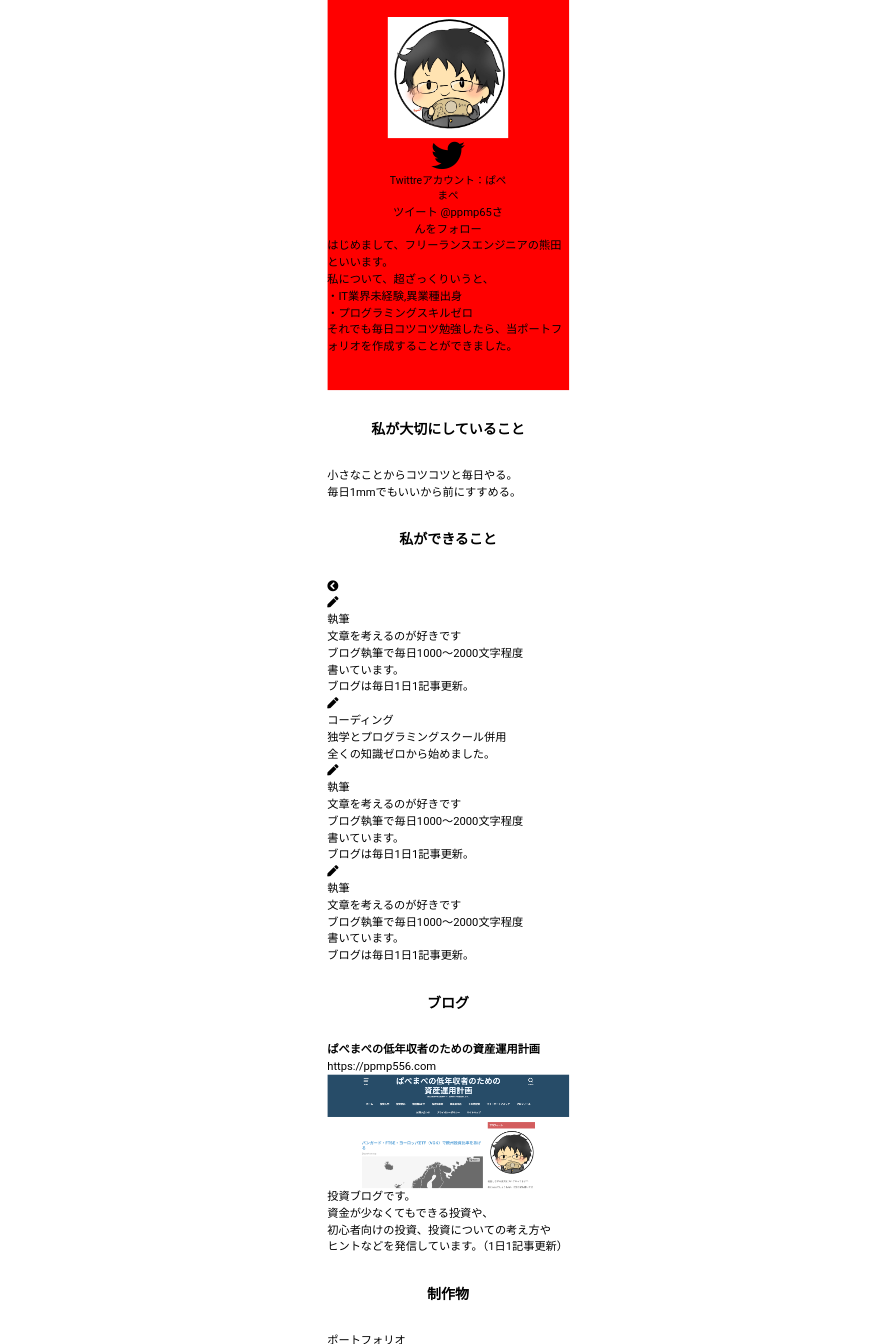
Repository: ppmp556/portfolio6
Page: index copy.html
These files come from the project's save history. The page is drawn as it stood at one moment and after the next save; the edit follows.
The browser window is 1280 px wide. The pictures show the part of the page from y = 855 to 2775 px (the page is 2951 px tall before and 2930 px after), at 70% of full size.
Some web libraries are served in a nearby version. The style sheet was rebuilt from its Sass, Less or Tailwind sources for each picture, by a compiler version that may differ from the author's.

Above is the page before, as saved 2020-10-11 19:56:33.
Console error: TypeError: Cannot read properties of null (reading 'addEventListener')

### index copy.html
<!DOCTYPE html>
<html ja>
  <head>
    <meta charset="utf-8" />
    <meta
      name="viewport"
      content="width=device-width, initial-scale=1.0, maximum-scale=1.0, minimum-scale=1.0"
    />
    <title>ポートフォリオ</title>
    <link rel="stylesheet" href="/css/faundation.css" />
    <link rel="stylesheet" href="/css/dist/main.css" />
    <link
      href="https://use.fontawesome.com/releases/v5.6.1/css/all.css"
      rel="stylesheet"
    />
    <script src="https://ajax.googleapis.com/ajax/libs/jquery/3.4.1/jquery.min.js"></script>
  </head>

  <body>
    <div class="container">

      <div class="kv" id="kv">
        <div class="kv_container">
          <img src="/images/3566338_s.jpg" alt="" class="kv_img">
          <!-- <img src="/images/3566338_s.jpg" alt="" class="kv_img"> -->
          <!-- <img src="/images/3566338_s.jpg" alt="" class="kv_img"> -->
          <!-- <img src="/images/3566338_s.jpg" alt="" class="kv_img"> -->
          <p class="kv_animetype">
            ポートフォリオ<span class="anime_line">|</span>
          </p>
        </div><!-- /.kv_container -->
        <!-- /.kv_animetype -->
      </div>
      <!-- /#kv.kv -->

      <header class="header" id="top">
        <div class="header_inner flex">
          <h1 class="header_ttl"><a href="index.html">My Portfolio</a></h1>
          <!-- /.header_ttl -->

          <nav class="nav">
            <!-- ハンバーガーメニュー部分 -->

            <div class="nav_ham" id="nav_toggle">
              <span class="nav_line tg1"></span>
              <span class="nav_line tg2"></span>
              <span class="nav_line tg3"></span>
            </div>
            <!-- ハンバーガーメニューここまで -->

            <ul class="nav_list flex">
              <div class="nav_inner">
                <li class="nav_item">
                  <a href="#Top" class="nav_link">TOP</a>
                </li>
                <!-- /.nav_item -->
                <li class="nav_item">
                  <a href="#about" class="nav_link">Profile</a>
                </li>
                <!-- /.nav_item -->
                <li class="nav_item">
                  <a href="#skill" class="nav_link">Skill</a>
                </li>
                <!-- /.nav_item -->
                <li class="nav_item">
                  <a href="#blog" class="nav_link">Blog</a>
                </li>
                <!-- /.nav_item -->
                <li class="nav_item">
                  <a href="#create" class="nav_link">Create</a>
                </li>
                <!-- /.nav_item -->
              </div><!-- /.nav_inner -->
            </ul>
            <!-- /.nav_list -->
          </nav>
          <!-- /.nav -->
        </div><!-- /.header_inner -->
      </header>
      <!-- /.header -->



      <main class="main_container">
        <div class="inner">

          <section class="about" id="about">
            <h2 class="section_ttl">私について</h2>
            <!-- /.section_ttl -->

            <div class="section_inner">
              <div class="about_left">
                <div class="about_imgbox">
                  <img src="images/アイコン.jpg" alt="" class="about_img">
                  <div class="about_share">
                    <a href="" class="about_share_icon">
                      <i class="fab fa-twitter fa-3x"></i>
                      <p class="about_sharetxt">Twittreアカウント：ぱぺまぺ</p>
                      <!-- /.about_sharetxt --> </a
                    ><!-- /.about_share_icon -->

                    <a
                      href="https://twitter.com/share"
                      class="twitter-share-button"
                      data-via="webgaku"
                      data-lang="ja"
                      >ツイート</a
                    >

                    <a
                      href="https://twitter.com/ppmp65"
                      class="twitter-follow-button"
                      data-show-count="false"
                      data-lang="ja"
                      >@ppmp65さんをフォロー</a
                    >
                  </div>
                  <!-- /.about_share -->
                </div>
                <!-- /.about_imgbox -->
              </div>
              <!-- /.about_left -->

              <div class="about_right">
                <p class="about_txt">
                  はじめまして、フリーランスエンジニアの熊田といいます。<br />
                  私について、超ざっくりいうと、<br />

                  ・IT業界未経験,異業種出身 <br />
                  ・プログラミングスキルゼロ<br />

                  それでも毎日コツコツ勉強したら、当ポートフォリオを作成することができました。
                </p>
                <!-- /.about_txt -->
              </div>
              <!-- /.about_right -->
            </div>
            <!-- /.section_inner -->
          </section>
          <!-- /#about.about -->

          <section class="policy" id="policy">
            <h2 class="section_ttl">私が大切にしていること</h2>
            <!-- /.section_ttl -->

            <div class="policy_animebox">
              <div class="policy_anime">
                <p class="policy_txt">
                  小さなことからコツコツと毎日やる。<br />
                  毎日1mmでもいいから前にすすめる。
                </p>
                <!-- /.policy_txt -->
              </div>
              <!-- /.policy_anime -->
            </div>
            <!-- /.policy_anime -->
          </section>
          <!-- /#policy.policy -->

          <section class="skill" id="skill">
            <div class="scroll_fade_row">
              <h2 class="section_ttl">私ができること</h2>
              <!-- /.section_ttl -->

              <div class="skill_box">
                <div class="skill_content">
                  <div class="slide_btn prev">
                    <i class="fas fa-chevron-circle-left"></i>
                  </div>
                  <!-- /.slide_btn -->

                  <div class="skill_inner">
                    <div class="skill_inbox slide active">
                      <i class="skillIcon fas fa-pen"></i>
                      <p class="skill_inboxttl">執筆</p>
                      <!-- /.skill_inboxttl -->
                      <p class="skill_txt">
                        文章を考えるのが好きです<br />
                        ブログ執筆で毎日1000～2000文字程度<br />
                        書いています。<br />
                        ブログは毎日1日1記事更新。
                      </p>
                      <!-- /.skill_txt -->
                    </div>
                    <!-- /.skill_inbox -->

                    <div class="skill_inbox slide active">
                      <i class="skillIcon fas fa-pen"></i>
                      <p class="skill_inboxttl">コーディング</p>
                      <!-- /.skill_inboxttl -->
                      <p class="skill_txt">
                        独学とプログラミングスクール併用<br />
                        全くの知識ゼロから始めました。<br />
                      </p>
                      <!-- /.skill_txt -->
                    </div>
                    <!-- /.skill_inbox -->

                    <div class="skill_inbox slide active">
                      <i class="skillIcon fas fa-pen"></i>
                      <p class="skill_inboxttl">執筆</p>
                      <!-- /.skill_inboxttl -->
                      <p class="skill_txt">
                        文章を考えるのが好きです<br />
                        ブログ執筆で毎日1000～2000文字程度<br />
                        書いています。<br />
                        ブログは毎日1日1記事更新。
                      </p>
                      <!-- /.skill_txt -->
                    </div>
                    <!-- /.skill_inbox -->

                    <div class="skill_inbox slide active">
                      <i class="skillIcon fas fa-pen"></i>
                      <p class="skill_inboxttl">執筆</p>
                      <!-- /.skill_inboxttl -->
                      <p class="skill_txt">
                        文章を考えるのが好きです<br />
                        ブログ執筆で毎日1000～2000文字程度<br />
                        書いています。<br />
                        ブログは毎日1日1記事更新。
                      </p>
                      <!-- /.skill_txt -->
                    </div>
                    <!-- /.skill_inbox -->
                  </div>
                  <!-- /.skill_inner -->
                </div>
                <!-- /.skill_content -->
              </div>
              <!-- /.skill_box -->
            </div>
            <!-- /.scroll_fade_row -->
          </section>
          <!-- /#skill.skill -->

          <section class="blog" id="blog">
            <div class="scroll_fade_row">
              <h2 class="section_ttl">ブログ</h2>
              <!-- /.section_ttl -->

              <div class="section_inner">
                <h3 class="blog_txt">ぱぺまぺの低年収者のための資産運用計画</h3>
                <!-- /.blog_txt -->

                <div class="blog_imgbox">
                  <a href="https://ppmp556.com"
                    >https://ppmp556.com
                    <img
                      class="blogImg"
                      src="images/invest01.png"
                      alt="ブログ1"
                    />
                  </a>
                </div>
                <!-- /.blog_imgbox -->
                <div class="blog_txtbox">
                  <p class="blog_txt">
                    投資ブログです。<br />
                    資金が少なくてもできる投資や、<br />
                    初心者向けの投資、投資についての考え方や<br />
                    ヒントなどを発信しています。（1日1記事更新）
                  </p>
                  <!-- /.blog_txt -->
                </div>
                <!-- /.blog_txtbox -->
              </div>
              <!-- /.section_inner -->
            </div>
            <!-- /.scroll_fade_row -->
          </section>
          <!-- /#blog.blog -->

          <section class="create" id="create">
            <div class="scroll_fade_row">
              <h2 class="section_ttl">制作物</h2>
              <!-- /.section_ttl -->
              <div class="section_inner">
                <div class="create_imgbox">
                  <p class="create_ttl">ポートフォリオ<br />（このサイト）</p>
                  <!-- /.create_ttl -->

                  <!-- アコーディオンメニュー実装する -->
                </div>
                <!-- /.create_imgbox -->
              </div>
              <!-- /.section_inner -->
            </div>
            <!-- /.scroll_fade_row -->
          </section>
          <!-- /#create.create -->
        </div>
        <!-- /.inner -->
      </main>

      <footer class="footer">
        <ul class="footer_list">
          <li class="footer_nav">
            <a href="" class="footer_link"></a>
          </li>
          <!-- /.footer_nav -->
          <li class="footer_nav">
            <a href="" class="footer_link"></a>
          </li>
          <!-- /.footer_nav -->
          <li class="footer_nav">
            <a href="" class="footer_link"></a>
          </li>
          <!-- /.footer_nav -->
          <li class="footer_nav">
            <a href="" class="footer_link"></a>
          </li>
          <!-- /.footer_nav -->
          <li class="footer_nav">
            <a href="" class="footer_link"></a>
          </li>
          <!-- /.footer_nav -->
        </ul>
        <!-- /.footer_list -->

        <div class="footer_copy">
          <small class="footer_txt">@ copyright</small
          ><!-- /.footer_txt -->
        </div>
        <!-- /.footer_copy -->
      </footer>
      <!-- /.footer -->
    </div>
    <!-- /.container -->

    <!-- <btn id="page-top"><a href="#top">PAGE TOP</a></btn> -->
    <script src="https://code.jquery.com/jquery-3.4.1.js"></script>
    <script src="main.js"></script>
  </body>
</html>

### css/faundation.css
/*
html5doctor.com Reset Stylesheet
v1.6.1
Last Updated: 2010-09-17
Author: Richard Clark - http://richclarkdesign.com
Twitter: @rich_clark
*/

html,
body,
div,
span,
object,
iframe,
h1,
h2,
h3,
h4,
h5,
h6,
p,
blockquote,
pre,
abbr,
address,
cite,
code,
del,
dfn,
em,
img,
ins,
kbd,
q,
samp,
small,
strong,
sub,
sup,
var,
b,
i,
dl,
dt,
dd,
ol,
ul,
li,
fieldset,
form,
label,
legend,
table,
caption,
tbody,
tfoot,
thead,
tr,
th,
td,
article,
aside,
canvas,
details,
figcaption,
figure,
footer,
header,
hgroup,
menu,
nav,
section,
summary,
time,
mark,
audio,
video {
  margin: 0;
  padding: 0;
  border: 0;
  outline: 0;
  font-size: 100%;
  vertical-align: baseline;
  background: transparent;
}

body {
  line-height: 1.5;
}

article,
aside,
details,
figcaption,
figure,
footer,
header,
hgroup,
menu,
nav,
section {
  display: block;
}

nav ul {
  list-style: none;
}

table {
  border-collapse: collapse;
  border-spacing: 0;
}


a {
  color: inherit;
  text-decoration: none;
}


img {
  width: 100%;

  /*画像がはみでるのを防ぐ　max-width*/
  max-width: 100%;
  height: auto;

  vertical-align: bottom;
}

/* h1,h2,h3,h4,h5,h6 { */
/* font-weight: bold; */
/* } */

### main.js
$(() => {
    $('#nav_toggle').click(() => {
        $(".nav_line").toggleClass('clicked');
        $(".header").toggleClass('clicked');
        $(".header_inner").toggleClass('clicked');
        $(".nav_ham").toggleClass('clicked');
        $(".nav_list").toggleClass('clicked');
    });
});










const body = document.body;

const toggler = document.getElementById('navToggler');
//#navToggleを取得し、togglerに格納

const navList = document.getElementById('js-nav');
const navList2 = document.getElementById('js-nav2');


toggler.addEventListener('click', function() {
    //togglerクリックされたら、
    body.classList.toggle('clicked');

});
navList.addEventListener('click', function(){


    body.classList.remove('clicked');
});
navList2.addEventListener('click', function(){


    body.classList.remove('clicked');
});
//ナビクリックでスムーズ移動
$(function(){
    $('a[href^="#"]').click(function(){
      //スクロールのスピード
      var speed = 500;
      //リンク元を取得
      var href= $(this).attr("href");
      //リンク先を取得
      var target = $(href == "#" || href == "" ? 'html' : href);
      //リンク先までの距離を取得
      var position = target.offset().top;
      //スムーススクロール
      $("html, body").animate({scrollTop:position}, speed, "swing");
      return false;
    });
  });




$(function(){

    var effect_btm = 500; // 画面下からどの位置でフェードさせるか(px)
    var effect_move = 100; // どのぐらい要素を動かすか(px)
    var effect_time = 3000; // エフェクトの時間(ms) 1秒なら1000


   //親要素と子要素のcssを定義
   $('.scroll-fade-row').css({
    opacity: 0
  });
  $('.scroll-fade-row').children().each(function(){
    $(this).css({
        opacity: 0,
        transform: 'translateY('+ effect_move +'px)',
        transition: effect_time + 'ms'
    });
  });

  $(window).on('load scroll', function() {
      var obj = $('.boxAnime');

      obj.each(function() {
          var isPlay = 'isPlay';
          var objOffset = $(this).offset().top;
          var scrollPos = $(window).scrollTop();
          var wh = $(window).height();

          if(scrollPos > objOffset - wh +(wh / 4)) {
              $(this).addClass(isPlay);
          }
      });
  });

  $(function() {
    $('.js-modal-open').on('click', function() {
        $('.js-modal').fadeIn();
        return false;
    });
    $('.js-modal-close').on('click', function() {
        $('.js-modal').fadeOut();
        return false;
    });

});


  // スクロールまたはロードするたびに実行
  $(window).on('scroll load', function(){
    var scroll_top = $(this).scrollTop();
    var scroll_btm = scroll_top + $(this).height();
    var effect_pos = scroll_btm - effect_btm;

    //エフェクトが発動したとき、子要素をずらしてフェードさせる
    $('.scroll-fade-row').each( function() {
        var this_pos = $(this).offset().top;
        if ( effect_pos > this_pos ) {
            $(this).css({
                opacity: 1,
                transform: 'translateY(0)'
            });
            $(this).children().each(function(i){
                $(this).delay(100 + i*200).queue(function(){
                    $(this).css({
                        opacity: 1,
                        transform: 'translateY(0)'
                    }).dequeue();
                });
            });
        };
    });
  });
})

$(document).ready(function(){
    function toggleChange() {
        var slideIndex = $('.slide').index($('.active'));
        $('.button').show();
        if(slideIndex == 0) {
            $('.prev').hide();
        }else if (slideIndex == $('.slide').length - 1) {
            $('.next').hide();
        }
    }
    toggleChange();

    $('.next').click(function() {
        var $displaySlide = $('.active');
        $displaySlide.removeClass('active');
        $displaySlide.next().addClass('active');
        toggleChange();
    });
    $('.prev').click(function() {
        var $displaySlide = $('.active');
        $displaySlide.removeClass('active');
        $displaySlide.prev().addClass('active');
        toggleChange();
    });


});

### css/main.scss
@charset 'utf-8';

/****************************************:

全体のスタイル

*****************************************:*/


$cWhite: #ffffff;
$cOcher: #c1a250;
$cBlack: #333;
$cGray: rgb(139, 137, 137);
$cBgColor: #eaebed;


$widthPc: 1024px;
$widthTab: 764px;
$widthSp: 480px;

@mixin fontsize($cFontSz: 3.6rem) {
    font-size: $cFontSz;
    color: $cWhite;
}





@mixin pc {
    @media screen and (min-width: $widthPc) {
        @content;
    }
}


@mixin tab {
    @media screen and (min-width: $widthTab) and (max-width: $widthPc) {
        @content;
    }
}



html {
    // ルートのフォントサイズ 10pxに設定
    font-size: 62.5%;
}

body {
    // デフォルトのフォントサイズ 16pxと同等のサイズに設定
    font-size: 1.6em;
    font-size: 16px;
    width: 375px;
    margin: 0 auto;
    font-family: "Roboto", sans-serif, "Noto Sans";
}


* {
    box-sizing: border-box;
}


.overall {
    font-family: "Yu Gothic", YuGothic, "Hiragino Kaku Gothic Pro", "YuGothic",
        "Meiryo", verdana, "Osaka", "MS PGothic", Sans-Serif, "Yu Mincho",
        YuMincho, "MS P Mincho", serif;

    background-color: $cBgColor;
}

.container {
    width: 100%;
    margin: 0 auto;
    // color: $cWhite;
    position: relative;
    overflow: hidden;
}



.mock {
    /* モック画像 */
    position: absolute;
    top: 0;
    left: 0;
    right: 0;
    margin: 0 auto;
    width: 375px;
    opacity: 0.3;

    /* 反転 */
    filter: hue-rotate(180deg);

    /* テキストを掴まないように */
    pointer-events: none;

    z-index: 999;
}



.flex {
    display: flex;
    justify-content: space-between;
}

.inner {
    margin: 0 auto;
    padding: 0 15px;
}

.section_ttl {
    display: block;
    text-align: center;
    margin: 40px 0;
    font-size: 2rem;
}

/****************************************:

kv

*****************************************:*/

.kv {
    position: relative;


    &_container {
        height: 100vh;

    }

    &_img {
        width: 100%;
        height: 100%;
        display: block;
    }

    &_animetype {
        position: absolute;
        top: 50%;
        left: 50%;
        transform: translate(-50%, -50%);
        color: $cWhite;
    }
}




/****************************************:

header

*****************************************:*/

.header {
    position: absolute;
    top: 0;
    left: 0;
    width: 100%;
    background-color: $cBlack;
    opacity: 0.8;
    padding: 0 20px;
    line-height: 50px;
    color: $cWhite;
    z-index: 99;

    &.clicked {
        background-color: transparent;
    }

    &_inner.clicked {
        width: 85%;
        padding: 0 20px;
        margin-left: 35%;
        background-color: red;
        transition: .3s;
    }
}









/****************************************:

nav

*****************************************:*/

.nav {
    position: relative;



    &_list {
        position: absolute;
        right: -1000px;
        // right: -5vw;
        display: flex;
        flex-direction: column;

        &.clicked {
            right: -5vw;
            transition: .6s;
        }
    }

    &_inner {
        background-color: red;
        height: 88.9vh;
        width: 60.1vw;
        margin-top: 17%;

    }

    // ハンバーガーメニュー
    &_ham {
        cursor: pointer;
        position: absolute;
        top: 50%;
        right: 0;
        transform: translateY(-50%);
        // background-color: #ffffff;
        width: 25px;
        height: 25px;
        z-index: 100;

        &.clicked {
            right: 40px;
        }
    }

    &_line {
        position: absolute;
        width: 100%;
        height: 2px;
        background-color: $cWhite;

        &:nth-child(1) {
            top: 0px;
            // left: -5px;

        }

        &:nth-child(2) {
            top: 8px;
            // left: 5px;
        }

        &:nth-child(3) {
            top: 16px;
            /* left: -5px; */
        }

        &.clicked:nth-child(1) {
            transform: translateY(12px) rotate(-315deg);
            transition: .5s;

        }
        &.clicked:nth-child(2) {
            left: 0;
            transition: .9s;
            opacity: 0;

        }
        &.clicked:nth-child(3) {
            transform: translateY(-4px) rotate(315deg);
            transition: .5s;

        }




    }

    &_item {
        text-align: center;
    }


}




/****************************************:

about

*****************************************:*/

.about {
    padding: 50px 0;
    background-color: red;

    &_imgbox {
        width: 50%;
        margin: 0 auto;
    }

    &_img {
        display: block;
        width: 100%;
        height: 100%;
    }

    &_share {
        text-align: center;

        &_icon {
            width: 100%;
        }
    }
    &_sharetxt {
        display: inline-block;
        font-size: 1.5rem;
    }
}



.fa-twitter {
    font-size: 2rem;
}

After the next save:
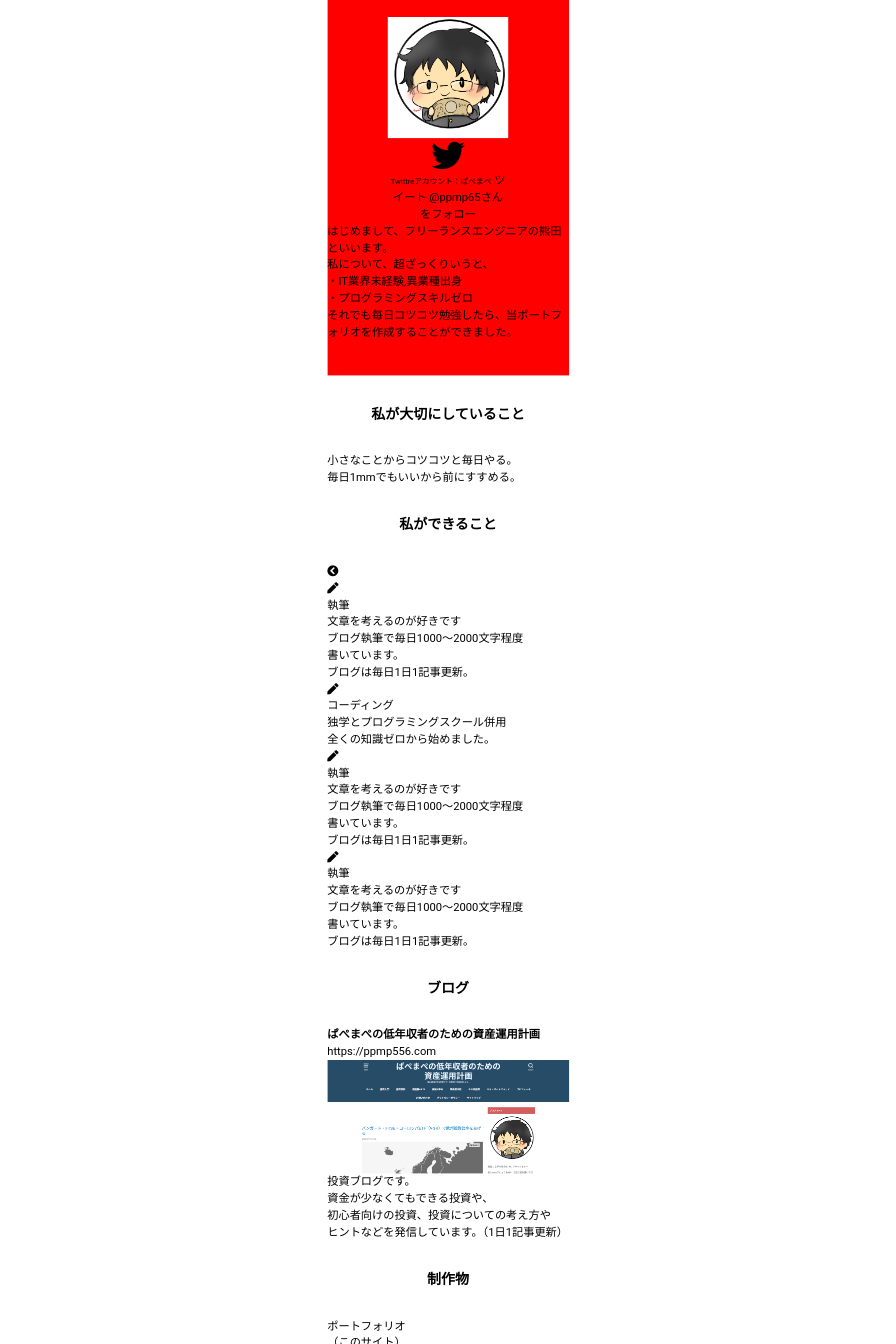
Saved 15 s later.
--- a/css/main.scss
+++ b/css/main.scss
@@ -323,7 +323,7 @@ about
     }
     &_sharetxt {
         display: inline-block;
-        font-size: 1.5rem;
+        font-size: 1.1rem;
     }
 }
 
